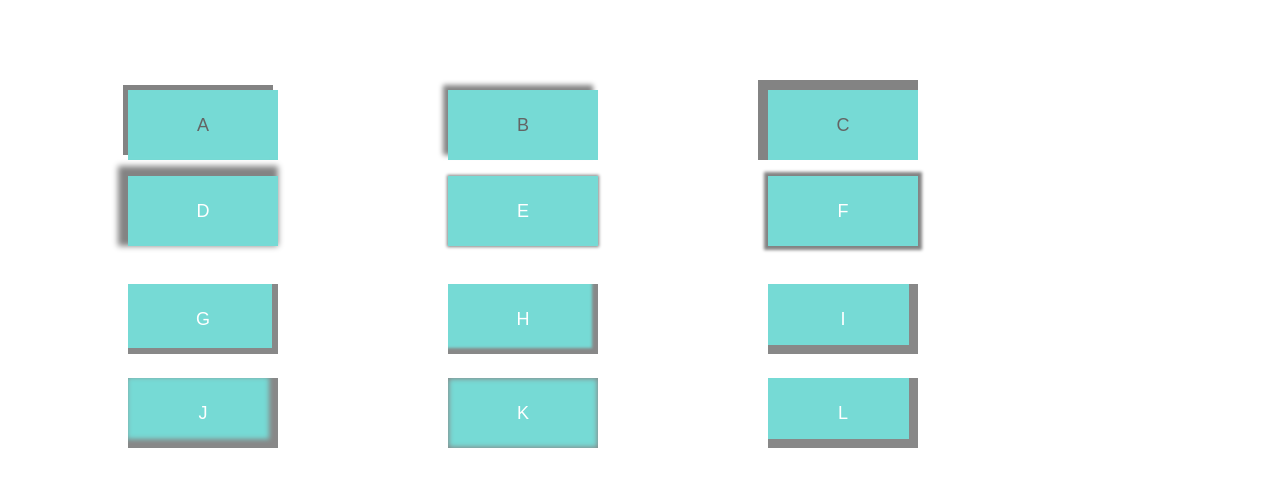
Repository: ThePerez/ArgProg
Page: Practicas ArgProg/Practica 3/Ejercicio 8/index.html
An editor plug-in stored every save of this project. The page is shown before and after a run of saves, followed by the edit.
The browser window is 1280 px wide. The pictures show the whole page.

Above is the page before, as saved 2023-03-20 18:23:44.

### Practicas ArgProg/Practica 3/Ejercicio 8/index.html
<!DOCTYPE html>
<html lang="en">
<head>
     <meta charset="UTF-8">
     <meta http-equiv="X-UA-Compatible" content="IE=edge">
     <meta name="viewport" content="width=device-width, initial-scale=1.0">
     <title>Ejercicio 8</title>
     <link rel="stylesheet" href="styles.css">
</head>
<body>
     <p class="a">A</p>
     <p class="b">B</p>
     <p class="c">C</p>
     <p class="d">D</p>
     <p class="e">E</p>
     <p class="f">F</p>

     <p class="g">G</p>
     <p class="h">H</p>
     <p class="i">I</p>
     <p class="j">J</p>
     <p class="k">K</p>
     <p class="l">L</p>
</body>
</html>

### Practicas ArgProg/Practica 3/Ejercicio 8/styles.css
.a {
     font-family: sans-serif;
     font-family: Century Gothic, CenturyGothic, AppleGothic, sans-serif;
     color: #646464;
     font-size: 18px;
     background: rgb(118, 218, 213);
     box-shadow: -5px -5px 0px   #838383;
     width: 150px;
     height: 70px;
     position: absolute;
     top: 10%;
     left: 10%;
     display: flex;
     justify-content: center;
     align-items: center;
}

.b {
     font-family: sans-serif;
     font-family: Century Gothic, CenturyGothic, AppleGothic, sans-serif;
     color: #646464;
     font-size: 18px;
     background: rgb(118, 218, 213);
     box-shadow: -5px -5px 5px   #838383;
     width: 150px;
     height: 70px;
     position: absolute;
     top: 10%;
     left: 35%;
     display: flex;
     justify-content: center;
     align-items: center;
}

.c {
     font-family: sans-serif;
     font-family: Century Gothic, CenturyGothic, AppleGothic, sans-serif;
     color: #646464;
     font-size: 18px;
     background: rgb(118, 218, 213);
     box-shadow: -5px -5px 0px 5px #838383;
     width: 150px;
     height: 70px;
     position: absolute;
     top: 10%;
     left: 60%;
     display: flex;
     justify-content: center;
     align-items: center;
}

.d {
     font-family: sans-serif;
     font-family: Century Gothic, CenturyGothic, AppleGothic, sans-serif;
     color: #ffffff;
     font-size: 18px;
     background: rgb(118, 218, 213);
     box-shadow: -5px -5px 6px 5px #838383;
     width: 150px;
     height: 70px;
     position: absolute;
     top: 22%;
     left: 10%;
     display: flex;
     justify-content: center;
     align-items: center;
}

.e {
     font-family: sans-serif;
     font-family: Century Gothic, CenturyGothic, AppleGothic, sans-serif;
     color: #ffffff;
     font-size: 18px;
     background: rgb(118, 218, 213);
     box-shadow: 0px 0px 3px 1px #838383;
     width: 150px;
     height: 70px;
     position: absolute;
     top: 22%;
     left: 35%;
     display: flex;
     justify-content: center;
     align-items: center;
}

.f {
     font-family: sans-serif;
     font-family: Century Gothic, CenturyGothic, AppleGothic, sans-serif;
     color: #ffffff;
     font-size: 18px;
     background: rgb(118, 218, 213);
     box-shadow: 0px 0px 3px 4px #838383;
     width: 150px;
     height: 70px;
     position: absolute;
     top: 22%;
     left: 60%;
     display: flex;
     justify-content: center;
     align-items: center;
}

.g {
     font-family: sans-serif;
     font-family: Century Gothic, CenturyGothic, AppleGothic, sans-serif;
     color: #ffffff;
     font-size: 18px;
     background: rgb(118, 218, 213);
     box-shadow: inset -5px -5px 0px 1px #888;
     width: 150px;
     height: 70px;
     position: absolute;
     top: 37%;
     left: 10%;
     display: flex;
     justify-content: center;
     align-items: center;
}

.h {
     font-family: sans-serif;
     font-family: Century Gothic, CenturyGothic, AppleGothic, sans-serif;
     color: #ffffff;
     font-size: 18px;
     background: rgb(118, 218, 213);
     box-shadow: inset -5px -5px 3px 1px #888;;
     width: 150px;
     height: 70px;
     position: absolute;
     top: 37%;
     left: 35%;
     display: flex;
     justify-content: center;
     align-items: center;
}

.i {
     font-family: sans-serif;
     font-family: Century Gothic, CenturyGothic, AppleGothic, sans-serif;
     color: #ffffff;
     font-size: 18px;
     background: rgb(118, 218, 213);
     box-shadow: inset -5px -5px 0px 4px #888;;
     width: 150px;
     height: 70px;
     position: absolute;
     top: 37%;
     left: 60%;
     display: flex;
     justify-content: center;
     align-items: center;
}

.j {
     font-family: sans-serif;
     font-family: Century Gothic, CenturyGothic, AppleGothic, sans-serif;
     color: #ffffff;
     font-size: 18px;
     background: rgb(118, 218, 213);
     box-shadow: inset -5px -5px 5px 4px #888;;
     width: 150px;
     height: 70px;
     position: absolute;
     top: 50%;
     left: 10%;
     display: flex;
     justify-content: center;
     align-items: center;
}

.k {
     font-family: sans-serif;
     font-family: Century Gothic, CenturyGothic, AppleGothic, sans-serif;
     color: #ffffff;
     font-size: 18px;
     background: rgb(118, 218, 213);
     box-shadow: inset 0px 0px 5px 1px #888;;
     width: 150px;
     height: 70px;
     position: absolute;
     top: 50%;
     left: 35%;
     display: flex;
     justify-content: center;
     align-items: center;
}

.l {
     font-family: sans-serif;
     font-family: Century Gothic, CenturyGothic, AppleGothic, sans-serif;
     color: #ffffff;
     font-size: 18px;
     background: rgb(118, 218, 213);
     box-shadow: inset -5px -5px 0px 4px #888;;
     width: 150px;
     height: 70px;
     position: absolute;
     top: 50%;
     left: 60%;
     display: flex;
     justify-content: center;
     align-items: center;
}

After the next 2 saves:
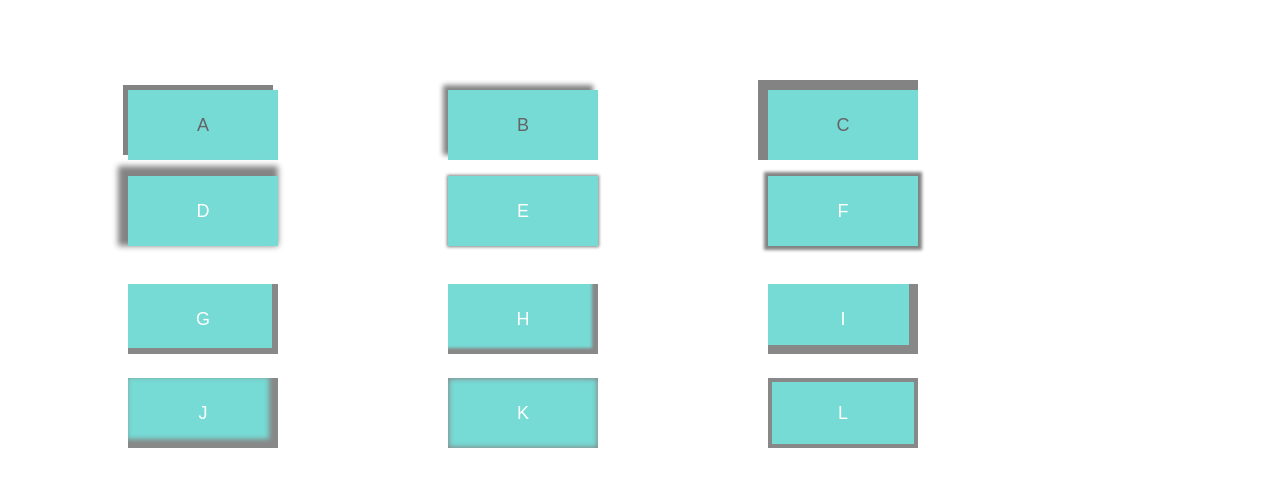
The 2 saves are shown as one change because they came seconds apart.
The last was saved 14 s later.
--- a/Practicas ArgProg/Practica 3/Ejercicio 8/styles.css
+++ b/Practicas ArgProg/Practica 3/Ejercicio 8/styles.css
@@ -191,7 +191,7 @@
      color: #ffffff;
      font-size: 18px;
      background: rgb(118, 218, 213);
-     box-shadow: inset -5px -5px 0px 4px #888;;
+     box-shadow: inset 0px 0px 0px 4px #888;;
      width: 150px;
      height: 70px;
      position: absolute;
